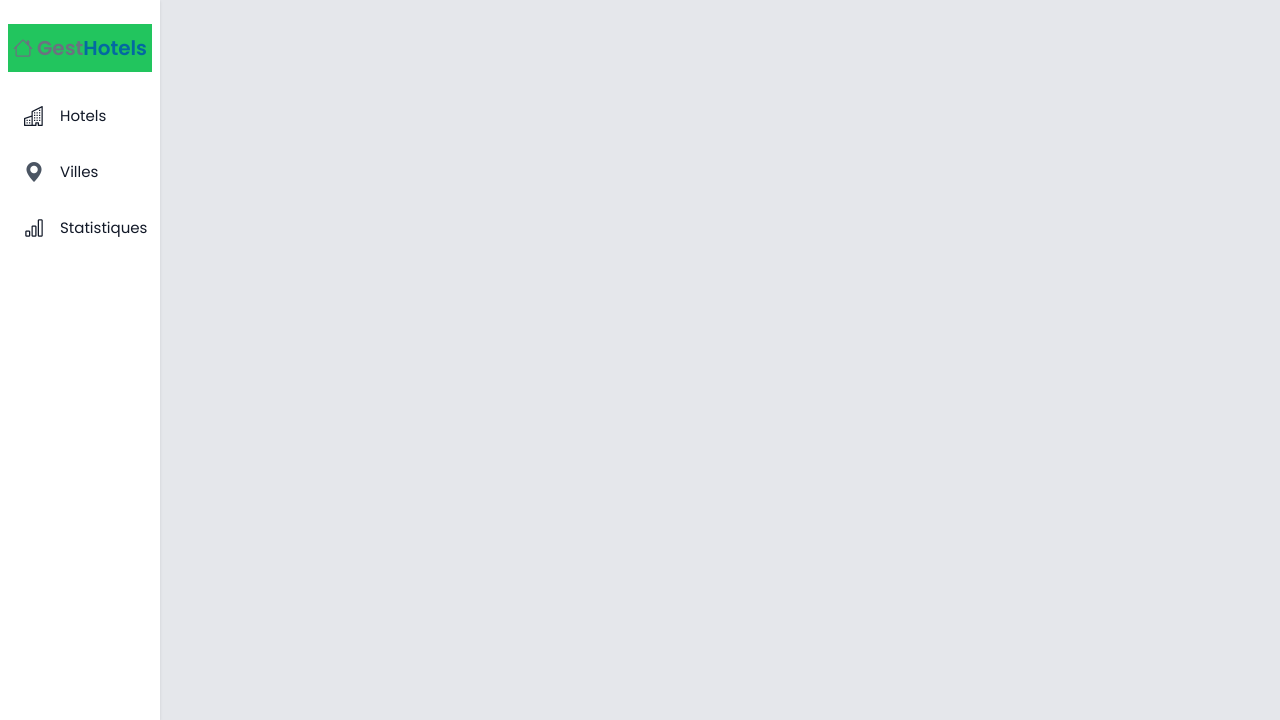
Repository: yahyamourid/GestHotelsEJB
Page: http://localhost/ISICEJBWeb/sidBar.jsp
The author's editor kept a copy of each file at every save. The page is drawn from the files as they stood at one save, then again after the next save.
The browser window is 1280 px wide. The pictures show the whole page.
Some web libraries are served in a nearby version. The page is served by Tomcat 10. Nobody is signed in. The application's start-up code is not run.

Above is the page before, as saved 2023-12-01 16:00:11.
Console error: TypeError: Cannot read properties of null (reading 'classList')

After the next save:
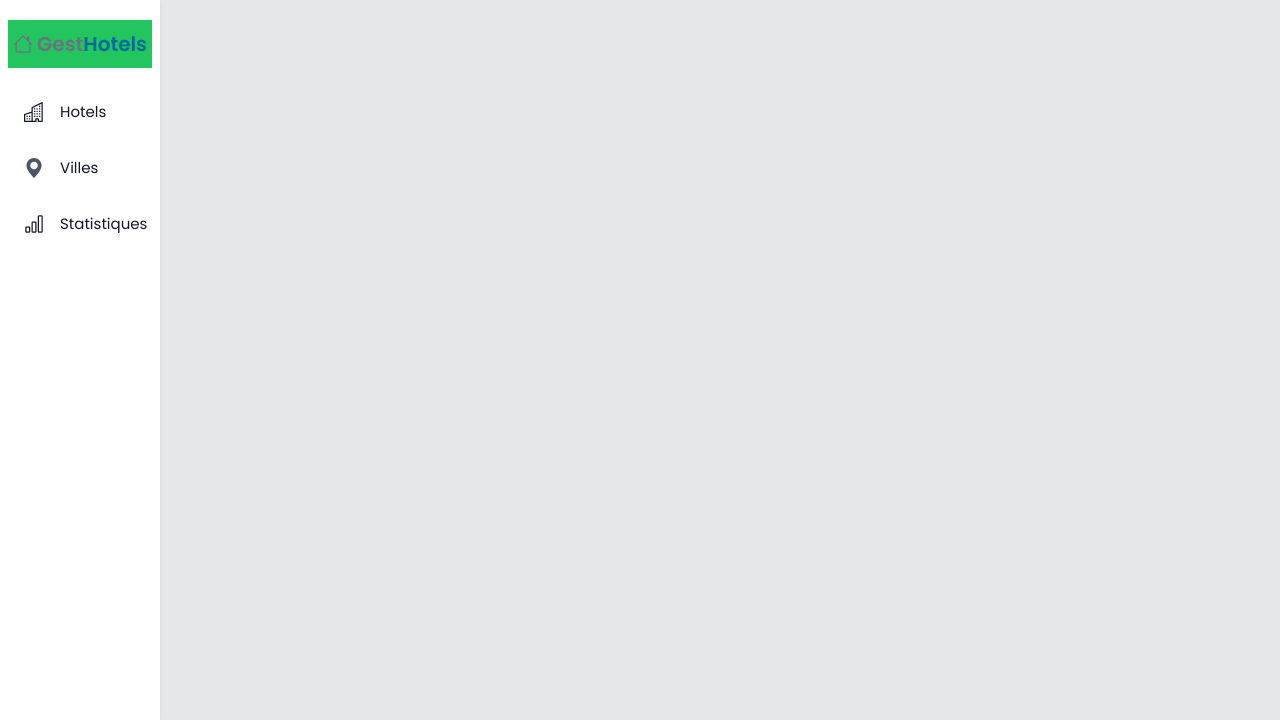
Saved 8 s later.
--- a/ISICEJBWeb/src/main/webapp/sidBar.jsp
+++ b/ISICEJBWeb/src/main/webapp/sidBar.jsp
@@ -38,7 +38,7 @@
 
 
             <div class=" text-xl">
-                <div class="p-2.5 mt-1 flex justify-center items-center  mb-5 bg-green-500 ">
+                <div class="p-2.5  flex justify-center items-center  mb-5 bg-green-500 ">
                     <i class="bi bi-house text-gray-500"></i>
                     <h1 class="ml-1 text-xl text-sky-700 font-semibold"><span class="text-gray-500">Gest</span>Hotels</h1>
                 </div>
